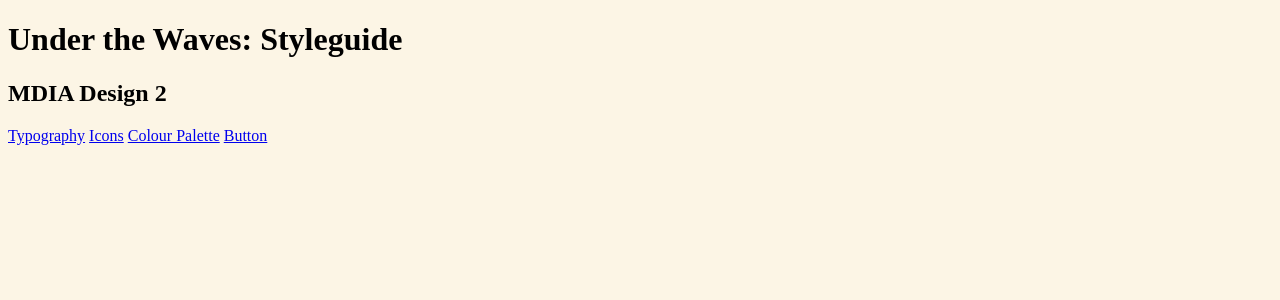
Repository: TeoEstrada9/styleguide
Page: index.html
An editor plug-in stored every save of this project. The page is shown before and after a run of saves, followed by the edit.
The browser window is 1280 px wide. The pictures show the whole page.

Above is the page before, as saved 2023-03-02 10:23:21.

### index.html
<!DOCTYPE html>
<html lang="en">
  <head>
    <meta charset="UTF-8" />
    <meta http-equiv="X-UA-Compatible" content="IE=edge" />
    <meta name="viewport" content="width=device-width, initial-scale=1.0" />
    <title>Under the Waves</title>
    <!-- Favicon  -->
    <link rel="shortcut icon" href="images/whale.png" />
    <link rel="stylesheet" href="style.css" />
  </head>
  <body>
    <h1>Under the Waves: Styleguide</h1>
    <h2>MDIA Design 2</h2>
    <div class="nav-bar">
      <a href="./pages/typography.html">Typography</a>
      <a href="./pages/buttons/icons.html">Icons</a>
      <a href="./pages/colorPalette.html">Colour Palette</a>
      <a href="./pages/buttons/icons.html">Button</a>
    </div>
  </body>
</html>

### style.css
body{
    background-color: #FCF5E5;
}

html{

}

After the next 4 saves:
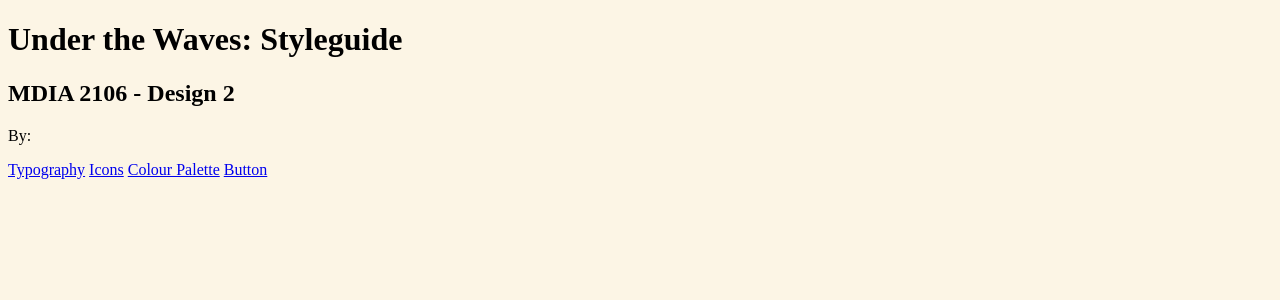
The 4 saves are shown as one change because they came seconds apart.
The last was saved 13 s later.
--- a/index.html
+++ b/index.html
@@ -11,7 +11,8 @@
   </head>
   <body>
     <h1>Under the Waves: Styleguide</h1>
-    <h2>MDIA Design 2</h2>
+    <h2>MDIA 2106 - Design 2</h2>
+    <p>By: </p>
     <div class="nav-bar">
       <a href="./pages/typography.html">Typography</a>
       <a href="./pages/buttons/icons.html">Icons</a>
